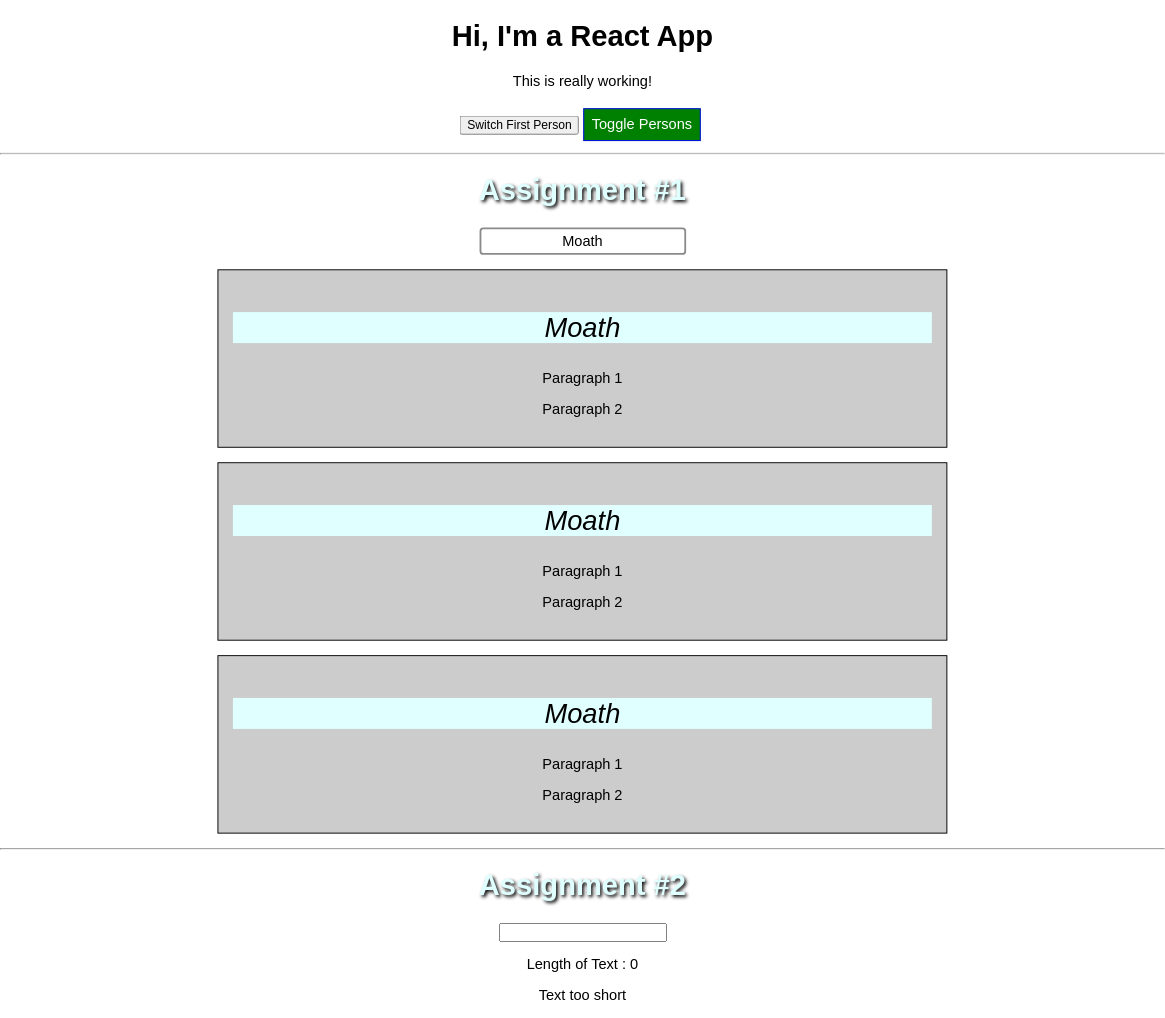
Repository: MuathYHKefayah/React-Basics
Page: /
The author's editor kept a copy of each file at every save. The page is drawn from the files as they stood at one save, then again after the next save.
The browser window is 1280 px wide. The pictures show the whole page, at 91% of full size.
The project was rebuilt for these pictures with package versions that can differ from the ones it lists, and the page was loaded fresh each time. Also part of the build but not shown: src/CharComponent/CharComponent.js, src/Person/Person.css, src/Person/Person.js.

Above is the page before, as saved 2020-12-12 19:10:16.

### src/App.js
import React, { Component } from 'react';
import './App.css';
import CharComponent from './CharComponent/CharComponent';
import Person from './Person/Person';
import UserInput from './UserInput/UserInput';
import UserOutput from './UserOutput/UserOutput';
import ValidationComponent from './ValidationComponent/ValidationComponent';
import Radium from 'radium';

class App extends Component {
  state = {
     persons: [
       { id: 'item1', name:'Moath', age: 25},
       { id: 'item2', name:'Ahmad', age: 26},
       { id: 'item3', name:'Khaled', age: 27},
     ],
     username: "Moath",
     showPersons: false,
     inputText: ''
  }

  switchNameHandler  = (newName, newAge, index) => {
    //let personsCopy = JSON.parse(JSON.stringify(this.state.persons));
    //let personsCopy = this.state.persons.slice();
    let personsCopy = [...this.state.persons];
    personsCopy[index].name = newName;
    personsCopy[index].age = newAge;

    //Don't Do This: this.state.persons[index].name = newName;
    // this.setState({
    //   persons: [
    //     { name:newName, age: 25},
    //     { name:'Ahmad', age: 26},
    //     { name:'Khaled', age: newAge},
    //   ]
    // })
    this.setState({
        persons: personsCopy
      })
  }

  nameChangedHandler = (event, id) => {
    const personIndex = this.state.persons.findIndex(p => {
      return p.id === id;
    });

    const person = {
      ...this.state.persons[personIndex]
    }

    const persons = [...this.state.persons];
    persons[personIndex] = person;

    this.setState({
      persons: persons
    })
  }

  deletePersonHandler = (personIndex) => {
    const persons = [...this.state.persons];
    persons.splice(personIndex, 1);
    this.setState({persons: persons});
  }

  togglePersonsHandler = () => {
    const doesShow =  this.state.showPersons;
    this.setState({
      showPersons : !doesShow
    });
  }


  //Assignment #1
  usernameChangedHandelr = (event) => {
    this.setState({
      username: event.target.value
    })
  }

  //Assignment #2
  inputchangedHandler = (event) => {
    this.setState({
      inputText: event.target.value
    })
  }

  deleteCharHandler = (charIndex) => {
    const inputText = this.state.inputText.split('');
    inputText.splice(charIndex, 1);
    const updatedText = inputText.join('');
    this.setState({inputText: updatedText});
  }



  render() {
    const style = {
      backgroundColor: 'green',
      color: 'white',
      font: 'inherit',
      border: '1px solid blue',
      padding: '8px',
      cursor: 'pointer',
      margin: '5px',
      ':hover': {
        backgroundColor: 'lightgreen',
        color: 'black'
      }
    };

    const assignmentStyle = {
      color: 'lightcyan',
      textShadow: '2px 2px 4px #000000'
    }

    let persons = null;
    // Way #2 this is the preferd way
    if(this.state.showPersons){
      persons =
        (
          <div>
            {this.state.persons.map((person, index) => {
              return <Person
                        key={person.id}
                        name={person.name}
                        age={person.age}
                        click={this.switchNameHandler.bind(this, person.name+'!', person.age + 5, index)}
                        changed={(event) => this.nameChangedHandler(event, person.id)}
                        deleted={this.deletePersonHandler.bind(this, index)}
                        />
            })
            }

          </div>
        );

        style.backgroundColor = 'red';
        style[':hover'] = {
          backgroundColor: 'salmon',
          color: 'black'
        };

    }


    let classes = [];

    if(this.state.persons.length <= 2){
      classes.push('red');
    }
    if(this.state.persons.length <= 1){
      classes.push('bold');
    }


    return (
      // jsx \\ write html code in js file
      <div className="App">
        <h1>Hi, I'm a React App</h1>
        <p className={classes.join(' ')}>This is really working!</p>
        {
          this.state.persons.length > 0 ?
          <div>
            <button
              onClick={this.switchNameHandler.bind(this, this.state.persons[0].name + '!!', 30, 0)}>Switch First Person</button>
            <button
              style={style}
              onClick={this.togglePersonsHandler}> Toggle Persons</button>
          </div> : alert('If you delete this person you will not have any Person then!')
        }

        {
        // Way #1
        /* { this.state.showPersons ?
            <div>
              <Person name={this.state.persons[0].name} age={this.state.persons[0].age}/>
              <Person
                name={this.state.persons[1].name}
                age={this.state.persons[1].age}
                click={this.switchNameHandler.bind(this, 'Moath!', 40)}
                changed={this.nameChangedHandler}
                >My Hobbies: Racing</Person>
              <Person name={this.state.persons[2].name} age={this.state.persons[2].age}/>
            </div> : null
        } */}
        {persons}

        <hr/>
        <h1 style={assignmentStyle}>Assignment #1</h1>
        <UserInput
          name={this.state.username}
          changed={this.usernameChangedHandelr}/>

        <UserOutput name={this.state.username}/>
        <UserOutput name={this.state.username}/>
        <UserOutput name={this.state.username}/>
        <hr/>
        <h1 style={assignmentStyle}>Assignment #2</h1>

        <div>
          <input type="text" onChange={this.inputchangedHandler} value={this.state.inputText}/>
          <p>Length of Text : {this.state.inputText.length}</p>
          <ValidationComponent textLength={this.state.inputText.length} />
          <div>
            { this.state.inputText.split('').map( (ch, index) => {
              return <CharComponent
                        key={index}
                        letter={ch}
                        clicked={() => this.deleteCharHandler(index)}/>;
            })

            }
          </div>
        </div>
      </div>
    );
    //return React.createElement('div', {className: 'App'} , React.createElement('h1', null , 'Hi, I\'m a React App !!!' ))
  }
}

export default Radium(App);

### src/UserInput/UserInput.js
import React, { Component } from 'react';


class UserInput extends Component{
    render(){
        const style = {
            fontSize: '16px',
            fontFamily: 'inherit',
            padding: '0.25em 0.5em',
            backgroundColor: '#fff',
            border: '2px solid #8b8a8b',
            borderRadius: '4px',
            textAlign: 'center'
        }
        return(
            <div className="UserInput">
                <input
                    style= {style}
                    type="text"
                    onChange={this.props.changed}
                    value={this.props.name}/>
            </div>

        );
    }
}

export default UserInput;

### src/UserOutput/UserOutput.js
import React, { Component } from 'react';
import './UserOutput.css'

class UserOutput extends Component {

    render(){
        const style = {
            backgroundColor: 'lightcyan',
            fontStyle: 'oblique',
            fontSize: '30px'
        };
        return(
            <div className="UserOutput">
                <p style={style}>{this.props.name}</p>
                <p>Paragraph 1</p>
                <p>Paragraph 2</p>
            </div>
        );
    }
}

export default UserOutput;

### src/ValidationComponent/ValidationComponent.js
import React from 'react';

const ValidationComponent = (props) => {
    return (
        props.textLength > 5 ? <p>Text long enough</p> : <p>Text too short</p>
    )
};

export default ValidationComponent;

### src/UserOutput/UserOutput.css
.UserOutput{
    width: 60%;
    border: 1px solid black;
    padding: 16px;
    background-color: #ccc;
    margin: 16px auto;
    text-align: center;
}

Loaded but not shown: public/index.html (common file); src/index.js (common file); src/index.css (common file); src/registerServiceWorker.js (common file); src/App.css (common file)

After the next save:
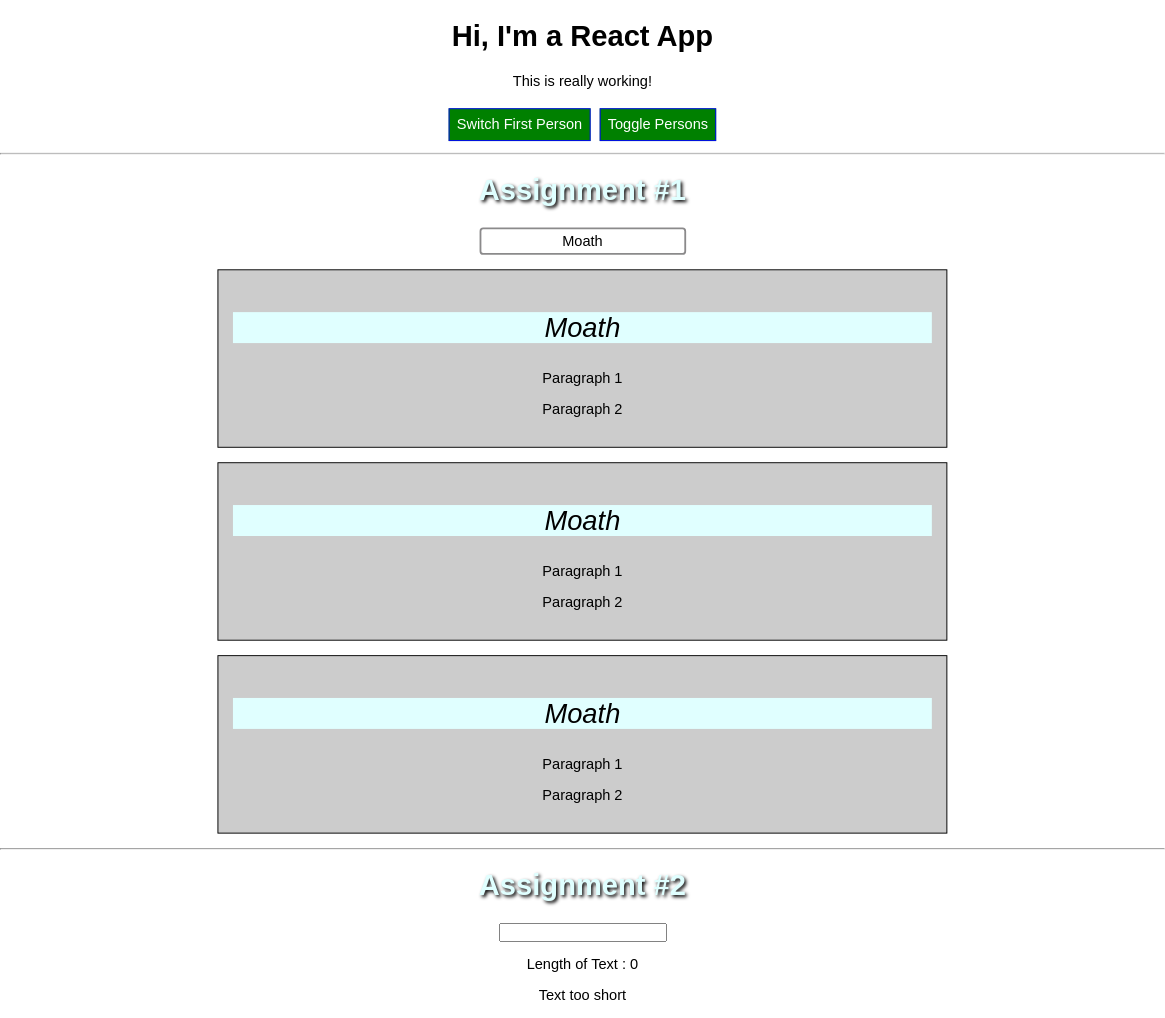
Saved 56 s later.
--- a/src/App.js
+++ b/src/App.js
@@ -162,8 +162,11 @@ class App extends Component {
           this.state.persons.length > 0 ?
           <div>
             <button
+              key="switchbtn"
+              style={style}
               onClick={this.switchNameHandler.bind(this, this.state.persons[0].name + '!!', 30, 0)}>Switch First Person</button>
             <button
+              key="togglebtn"
               style={style}
               onClick={this.togglePersonsHandler}> Toggle Persons</button>
           </div> : alert('If you delete this person you will not have any Person then!')
